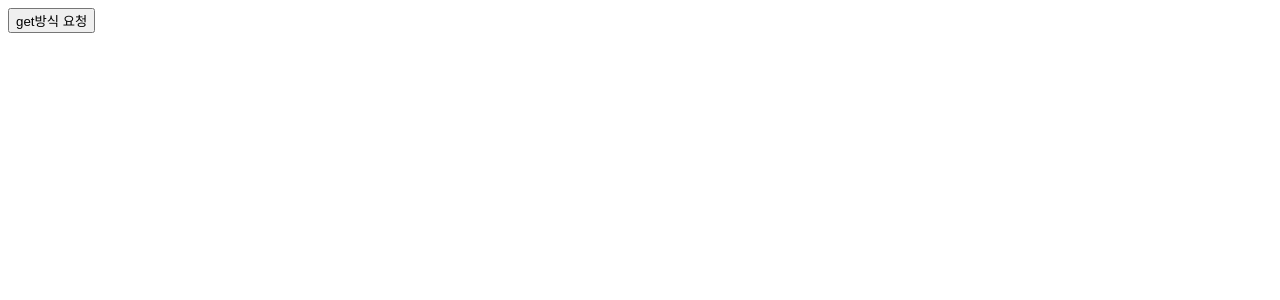
Repository: YoungQWER/js_2024.02.27
Page: http://localhost/web-study-02/method.jsp
These files come from the project's save history. The page is drawn as it stood at one moment and after the next save; the edit follows.
The browser window is 1280 px wide. The pictures show the whole page.
The page is served by Tomcat 9.

Above is the page before, as saved 2024-02-28 03:51:10.

After the next save:
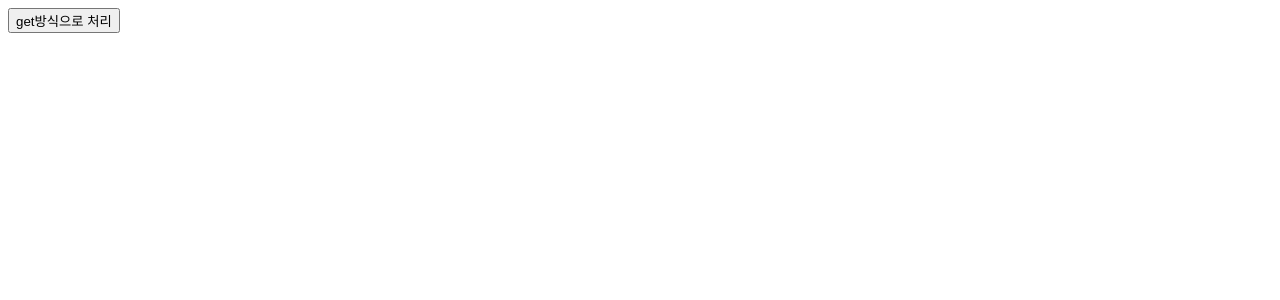
Saved 51 s later.
--- a/web-study-02/src/main/webapp/method.jsp
+++ b/web-study-02/src/main/webapp/method.jsp
@@ -7,8 +7,8 @@
 <title>Insert title here</title>
 </head>
 <body>
-	<form action=" ">
-		<input type="submit" value="get방식 요청">
+	<form action="MethodServlet" method="get">
+		<input type="submit" value="get방식으로 처리">
 	</form>
 </body>
 </html>
